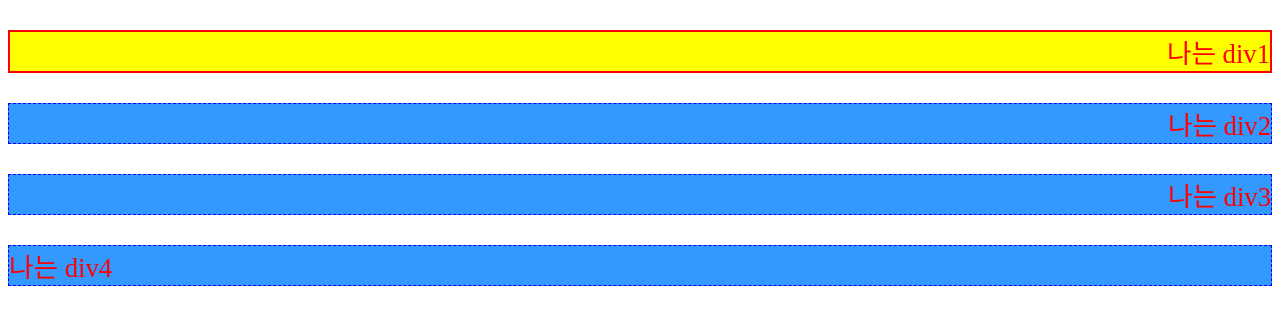
Repository: raccoon304/gugkbi_jsp
Page: HTML5/src/main/webapp/ch01_cssOrder/cssOrder.html
An editor plug-in stored every save of this project. The page is shown before and after the next save, followed by the edit.
The browser window is 1280 px wide. The pictures show the whole page.

Above is the page before, as saved 2025-11-13 08:19:57.

### HTML5/src/main/webapp/ch01_cssOrder/cssOrder.html
<!DOCTYPE html>
<html>
<head>
<meta charset="UTF-8">
<title>CSS(Cascading Style Sheets)의 우선순위에 대해서 알아본다.</title>
<!-- 절대경로 방식(출발점이 dynamic project명 부터 출발함.) -->
<!--link rel="stylesheet" href="/HTML5/ch01_cssOrder/mycss.css"-->
<!-- 상대경로 방식 (출발점이 현재 파일인 cssOrder.html 파일이 저장되어진 경로부터 출발)
./ 가 형재 경로응 뜻하며, 생략 가능함.-->
<link rel="stylesheet" href="./mycss.css">

<style type="text/css">
	/* css주석문 */
	/*
		===== CSS(Cascading Style Sheets)의 우선순위 =====
		해당 태그에 직접준것(인라인방식) > HTML 파일에서 준 style태그(임배디드방식) 외부에있는 .css파일을 load한것(예: <link rel="stylesheet" href="./mycss.css"> )
	*/
	div{
		border: dashed 1px blue; /* 테두리 : 점선 두께 1px 파랑색 */
		background-color: #3399ff; 	/* 배경색 : 하늘색*/
		color: red;					/* 글자색 : 빨간색 */
		font-style: normal;			/* 폰트모양 : 정자 */
		text-align: right;			/* 글자정렬 */
		/*margin: 30px 30px 20px 20px; /* 바깥 여백 : 상 우 하 좌  */
		/*margin: 30px 50px;			/* 바깥 여백 : 상하 우좌  */
		margin: 30px;				/* 바깥 여백 : 상우하좌 전체 */
		margin: 30px 0;				/* 바깥 여백 : 상하 만 마진 */
	}

</style>

</head>
<body>
	<!--  HTML 주석문  -->
	<div style ="border: solid 2px red; background-color: yellow;">나는 div1</div>
	<div>나는 div2</div>
	<div>나는 div3</div>
	<div style="font-size: 20pt; text-align: left;">나는 div4</div>
</body>
</html>

### HTML5/src/main/webapp/ch01_cssOrder/mycss.css
@charset "UTF-8";

div {
	font-size: 20pt; /* 글자크기 40 */
	font-style: italic; /* 글자 모양 : 삐뚤게*/
	text-align: center; /*가운데 정렬*/
}

After the next save:
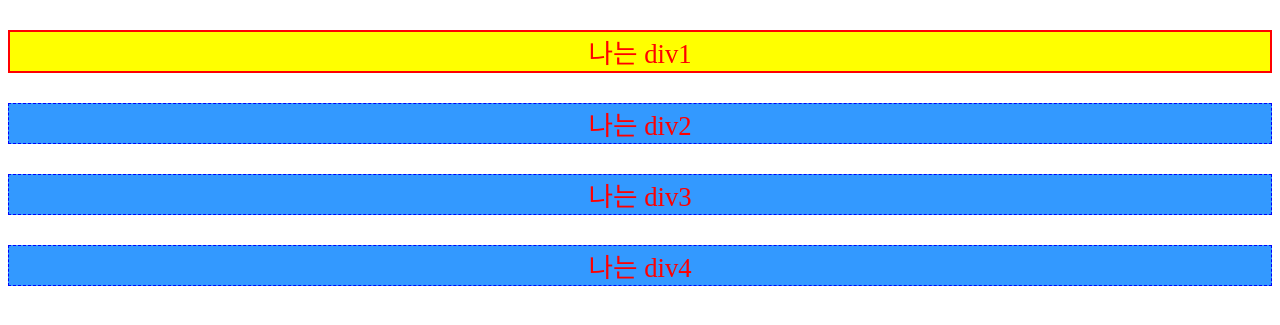
Saved 119 s later.
--- a/HTML5/src/main/webapp/ch01_cssOrder/mycss.css
+++ b/HTML5/src/main/webapp/ch01_cssOrder/mycss.css
@@ -3,5 +3,6 @@
 div {
 	font-size: 20pt; /* 글자크기 40 */
 	font-style: italic; /* 글자 모양 : 삐뚤게*/
-	text-align: center; /*가운데 정렬*/
+	text-align: center !important; /*가운데 정렬*/
+	/*!important 사용시 우선적으로 적용*/
 }
